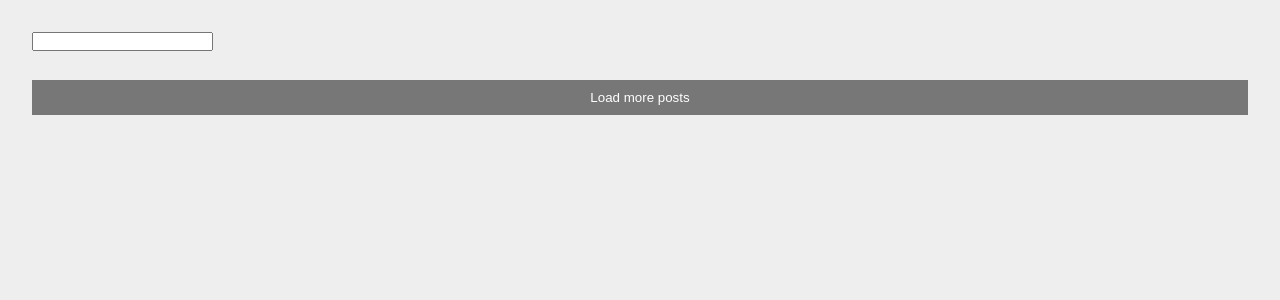
Repository: RobertoBaiochi/project-1
Page: /
An editor plug-in stored every save of this project. The page is shown before and after the next save, followed by the edit.
The browser window is 1280 px wide. The pictures show the whole page.
The page's requests for data from a server got no answer. The project was rebuilt for these pictures with package versions that can differ from the ones it lists, and the page was loaded fresh each time. No one was signed in, and anything a server would have sent is missing. Also part of the build but not shown: src/components/PostCard/styles.css, src/components/PostCard/index.jsx.

Above is the page before, as saved 2022-11-18 01:19:09.

After the next save:
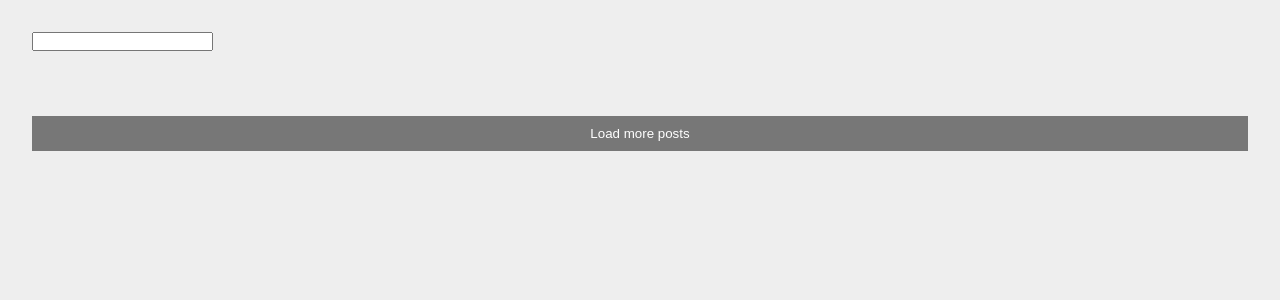
Saved 6 s later.
--- a/src/templates/Home/index.jsx
+++ b/src/templates/Home/index.jsx
@@ -49,7 +49,7 @@ class Home extends Component {
 
     return (
       <section className='container'>
-        <input type="search" /><br />
+        <input type="search" /><br /><br /><br />
 
         <Post posts={posts} />
 
